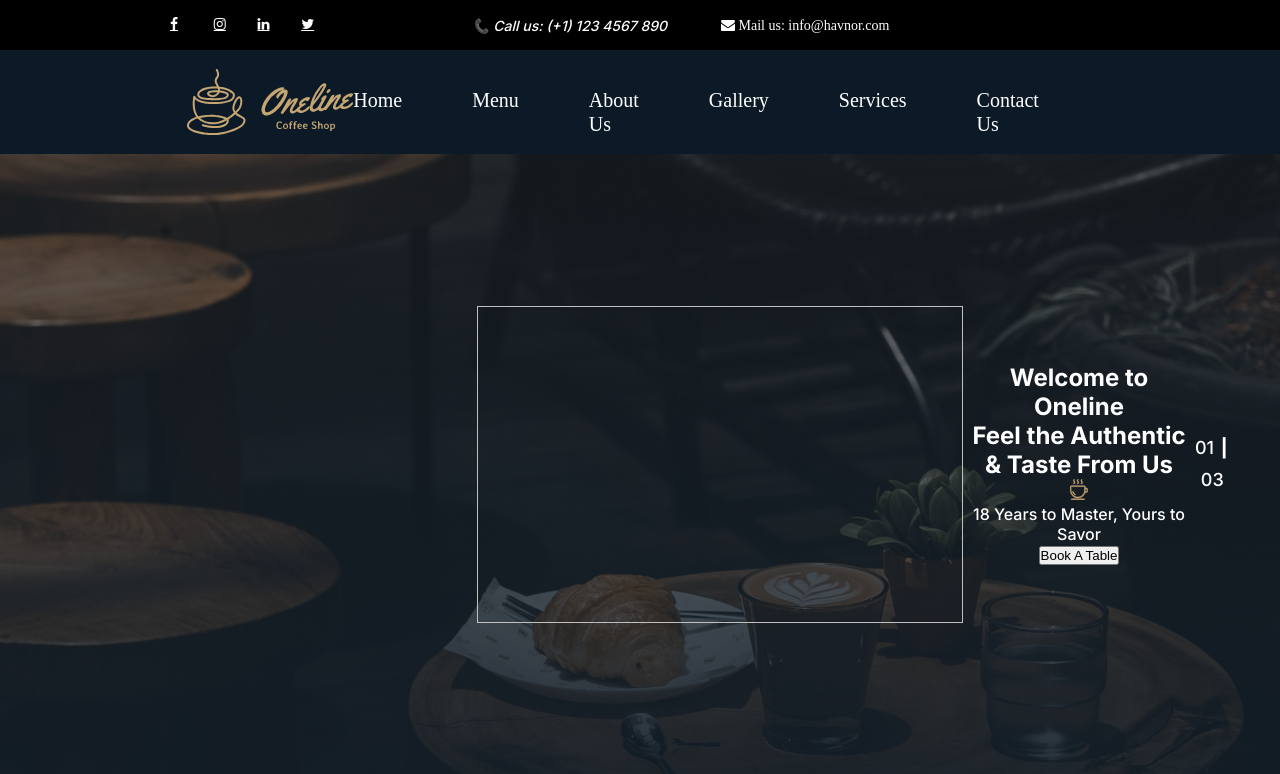
Repository: abhayzulasana/Online-Coffee-Shop
Page: index.html
These files come from the project's save history. The page is drawn as it stood at one moment and after a run of saves; the edit follows.
The browser window is 1280 px wide. The pictures show the whole page.

Above is the page before, as saved 2025-05-14 10:16:36.

### index.html
<!DOCTYPE html>
<html lang="en">
<head>
  <meta charset="UTF-8" />
  <meta name="viewport" content="width=device-width, initial-scale=1.0" />
  <title>Oneline Coffee Shop</title>
  <link rel="stylesheet" href="style.css" />
  <link rel="stylesheet" href="https://cdnjs.cloudflare.com/ajax/libs/font-awesome/4.7.0/css/font-awesome.min.css">

  <link rel="preconnect" href="https://fonts.googleapis.com" />
  <link rel="preconnect" href="https://fonts.gstatic.com" crossorigin />
  <link href="https://fonts.googleapis.com/css2?family=Great+Vibes&family=Inter:wght@300;500;700&display=swap" rel="stylesheet">
</head>
<body>
  <header class="top-bar">
    <div class="social-icons">
      <a href="#" class="fa fa-facebook"></a>
      <a href="#" class="fa fa-instagram"></a>
      <a href="#" class="fa fa-linkedin"></a>
      <a href="#" class="fa fa-twitter"></a>

    </div>
    <div class="contact-info">
      <i class="call"> 📞   Call us: (+1) 123 4567 890</i>
      <i class="fa fa-envelope">    Mail us: info@havnor.com</i>

    </div>
  </header>

  <nav class="navbar">
    <div class="logo">
      <img src="img/cafelogo.svg">
      <!-- <span>☕</span>
      <span class="logo-text">Oneline <small>Coffee Shop</small></span> -->
    </div>
    <ul class="nav-links">
      <li>Home</li>
      <li>Menu</li>
      <li>About Us</li>
      <li>Gallery</li>
      <li>Services</li>
      <li>Contact Us</li>
    </ul>
  </nav>

  <section class="hero">
    <img class="hero-content">
  <center>
    <div>
      <h2>Welcome to Oneline</h2>
      <h1>Feel the Authentic & Taste From Us</h1>
      <img src="img/cafe.svg">

      <!-- <div class="divider">☕</div> -->
      <p>18 Years to Master, Yours to Savor</p>
      <button>Book A Table</button>
    </div>
  </center>
    <div class="scroll-number">
      <span>01</span>
      <span>┃</span>
      <span>03</span>
    </div>
  </section>
</body>
</html>

### style.css
/* Reset & Base */
* {
    margin: 0;
    padding: 0px;
    box-sizing: border-box;
  }

  body {
    font-family: 'Inter', sans-serif;
    color: white;
    /* margin-left:90px; */
    height: 100vh;
  }

  /* Top Bar */
  .top-bar {
    top: 0px;
    width: 100%;
    height: 50px;
    background-color: #000;
    color: white;
    display: flex;
    justify-content: space-between;
    padding: 10px 30px;
    font-size: 14px;

  }

  .social-icons a {
    margin-top:7px;
    width:40px;
    height: 17px;

    /* margin-right: 10px; */
    color: white;
    /* margin-left: 0px; */
    /* gap: 10px; */
  }
  .fa-facebook{
    margin-left: 140px;
  }
  .contact-info{
      display: flex;
      gap: 40px;
      margin-right: 320px;
      font-family: 'Inter', sans-serif;

      align-items: center;

  }
  .call{
      /* gap: 70px; */
      font-family: 'Inter', sans-serif;

      /* font: normal normal medium 16px/19px Montserrat; */
      width: 209px;
  }
  .fa-envelope{
    width: 209px;
    font-family: 'Inter', sans-serif;

  }

  /* Navbar */
  .navbar {
    top: 47px;
    margin-left: 0px;
    width: 100%;
    height: 104px;
    background-color: #0c1a28;
    display: flex;
    justify-content: space-between;
    text-align: left;
    /* align-items: center; */
    padding: 15px 50px;
  }

  .logo {
    display: flex;
    align-items: center;
    font-size: 70px;
    /* color: #C5A572; */
  }
.logo img{
  margin-left: 137px;
}
  /* .logo span{
    margin-left: 50px;
    color: #C5A572;
  } */
  .logo-text {
    top: 81px;
    width: 92px;
    height: px;
    color: #C5A572;
    font-family: 'Great Vibes', cursive;
    margin-left: 210px;
    font-size: 45px;
  }

  .logo-text small {
    display: block;
    font-size: 12px;
    font-family: 'Inter', sans-serif;
  }

  .nav-links {
    /* margin-left: 57px; */
    margin-right: 290px;
    margin-top: 23px;
    height: 24px;
    list-style: none;
    display: flex;
    gap: 70px;
    /* text-align: left; */
    font: normal normal normal 20px/24px Montserrat;
    color: #FFFFFF;
    opacity: 1;
  }

  .nav-links li {
    cursor: pointer;
  }

  /* Hero Section */
  .hero {
    top: 151px;
    left: 0px;
    width: 100%;
    height: 500px;
    display: flex;
    justify-content: space-between;
    align-items: center;
    height: calc(100vh - 100px);
    padding: 0 50px;
    background: url('img/bgcafe.png');
  background-repeat: no-repeat;
  background-size: cover;
  background-position: center;
  }

  .hero-content {
    top: 398px;
    margin-left: 427px;
    width: 857px;
    height: 317px;
    max-width: 50%;
  }

  .hero-content h2 {
    /* text-align: left; */
    font: normal normal normal 60px/75px Great Vibes;
    letter-spacing: 1.2px;
    color: #C5A572;

  }

  .hero-content h1 {
    font: normal normal normal ;
    font-family:Bellefair;
    font-size: 49px;
    letter-spacing: 1.6px;

    /* margin-bottom: 20px; */
  }

  .divider {
    font-size: 20px;
    color: #d4af37;
    margin-bottom: 10px;
  }

  .hero-content p {
    margin-bottom: 30px;
    font-weight: 300;
  }

  .hero-content button {
    padding: 10px 25px;
    font-size: 16px;
    background-color: transparent;
    border: 2px solid white;
    color: white;
    cursor: pointer;
    transition: 0.3s;
  }

  .hero-content button:hover {
    background-color: white;
    color: #000;
  }

  .scroll-number {
    text-align: center;
    font-size: 18px;
    line-height: 1.8;
  }

After the next 6 saves:
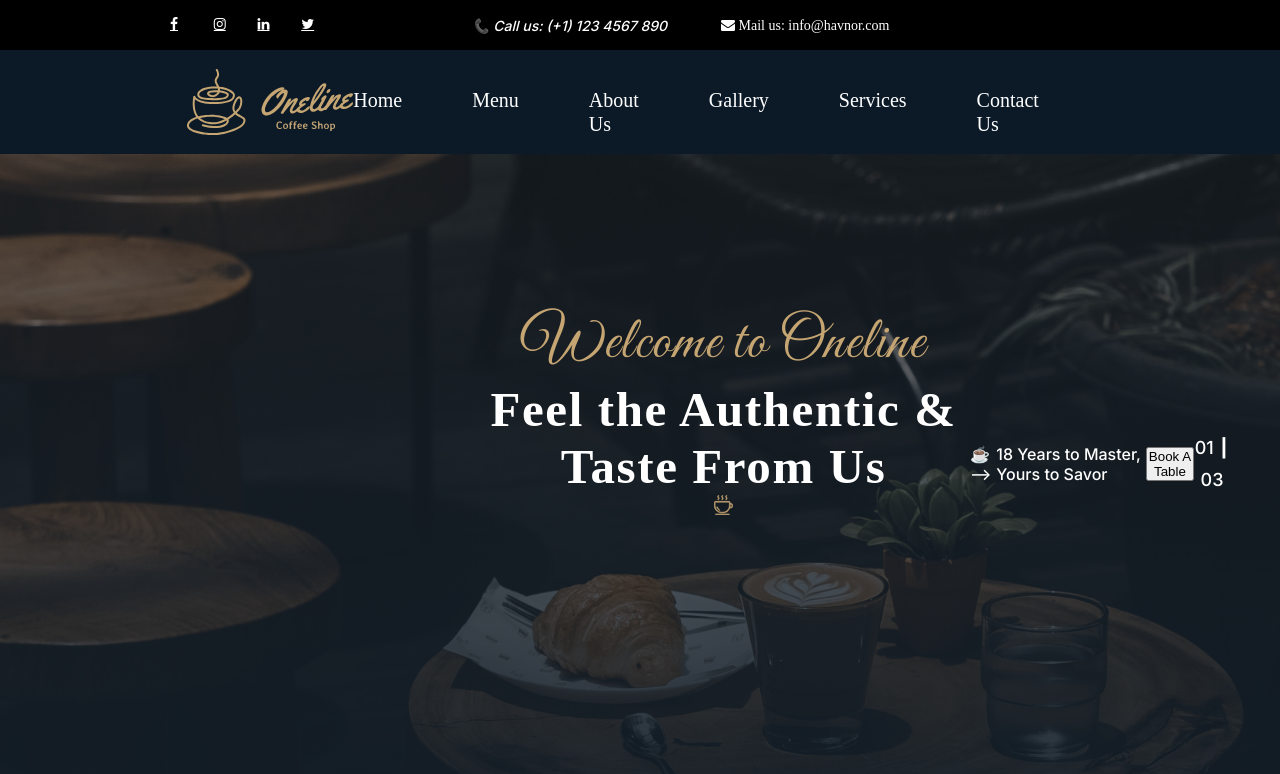
The 6 saves are shown as one change because they came seconds apart.
The last was saved 22 s later.
--- a/index.html
+++ b/index.html
@@ -44,12 +44,11 @@
   </nav>
 
   <section class="hero">
-    <img class="hero-content">
+    <div class="hero-content">
   <center>
-    <div>
       <h2>Welcome to Oneline</h2>
       <h1>Feel the Authentic & Taste From Us</h1>
-      <img src="img/cafe.svg">
+      <img src="img/cafe.svg"> </center></div
 
       <!-- <div class="divider">☕</div> -->
       <p>18 Years to Master, Yours to Savor</p>
